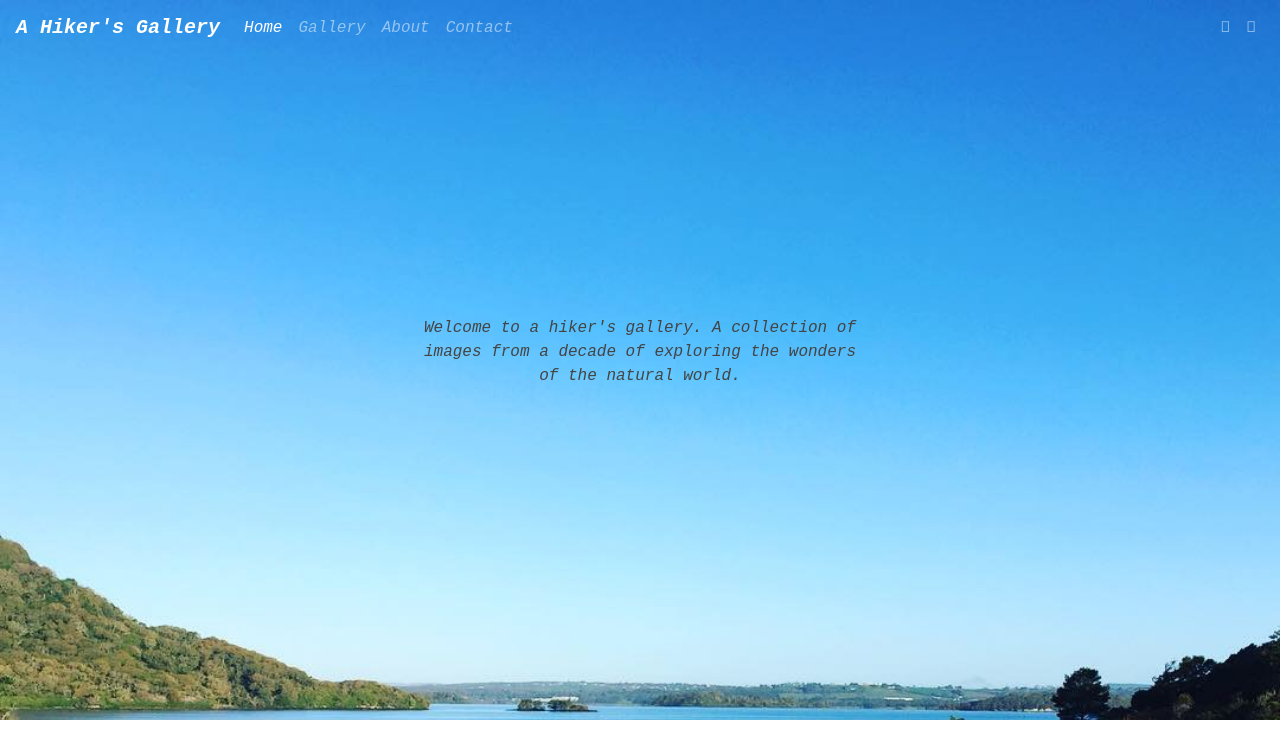
Repository: S-Perring/hiker
Page: index.html
The author's editor kept a record of every edit. The page is drawn from the files as they stood at one moment, then again after the next edit.
The browser window is 1280 px wide. The pictures show the whole page.

Above is the page before.

### index.html
<!DOCTYPE html>
<html lang="en">
<head>
    <meta charset="UTF-8">
    <meta name="viewport" content="width=device-width, initial-scale=1.0">
    <meta http-equiv="X-UA-Compatible" content="ie=edge">
    <link rel="stylesheet" href="https://stackpath.bootstrapcdn.com/bootstrap/4.3.1/css/bootstrap.min.css" type="text/css" />
    <link rel="stylesheet" href="https://stackpath.bootstrapcdn.com/font-awesome/4.7.0/css/font-awesome.min.css" type="text/css" />
    <link rel="stylesheet" href="css/style.css" type="text/css" />
    <title>Hiker's Gallery</title>
</head>

<body>

<header>
  <nav class="navbar fixed-top navbar-expand-lg navbar-dark scrolling-navbar">
    <a class="navbar-brand" href="#"><strong>A Hiker's Gallery</strong></a>
    <button class="navbar-toggler" type="button" data-toggle="collapse" data-target="#navbarSupportedContent"
      aria-controls="navbarSupportedContent" aria-expanded="false" aria-label="Toggle navigation">
      <span class="navbar-toggler-icon"></span>
    </button>
    <div class="collapse navbar-collapse" id="navbarSupportedContent">
      <ul class="navbar-nav mr-auto">
        <li class="nav-item active">
          <a class="nav-link" href="#">Home <span class="sr-only">(current)</span></a>
        </li>
        <li class="nav-item">
          <a class="nav-link" href="#">Gallery</a>
        </li>
        <li class="nav-item">
          <a class="nav-link" href="#">About</a>
        </li>
        <li class="nav-item">
          <a class="nav-link" href="#">Contact</a>
        </li>
      </ul>
      <ul class="navbar-nav nav-flex-icons">
        <li class="nav-item">
          <a class="nav-link"><i class="fab fa-facebook-f"></i></a>
        </li>
        <li class="nav-item">
          <a class="nav-link"><i class="fab fa-instagram"></i></a>
        </li>
      </ul>
    </div>
  </nav>

</header>

<section>
    <div class="main-pic">

        <div class="Greeting">
            <p>Welcome to a hiker's gallery. A collection of images from a decade of exploring the wonders of the natural world.</p>
        </div>
    </div>


</section>

<footer>

</footer>


</body>

</html>

### css/style.css
.nav-link {
    color: #f0ece1;
    font-weight: 200;
    font-style: italic;
}


.main-pic {
    background-image: url(../css/images/IMG_5437.JPG);
    background-size: cover;
    max-width: 100%;
    height: 100vh;
    padding: 0;
    display: flex;
    align-items: center;
    justify-content: center;
    position: relative;
    background-repeat: no-repeat;

}

.container {
    margin: 0;
    margin-right: 0;
    padding: 0;

}



.navbar-brand {
    font: 'Apple Chancery', sans-serif;
    font-size: x-large;
    font-style: italic;
    color: #f0ece1;
}

p {
    text-align: center;
    font-style: italic;

}

footer {
    position: relative;
    font-style: italic;
    background-color: rgba(255, 255, 128, .5);
}

p {
    padding: 30%;
    color: #444;
    font-weight: 500;
}

body {
    font-family: monospace;
}

After the next edit:
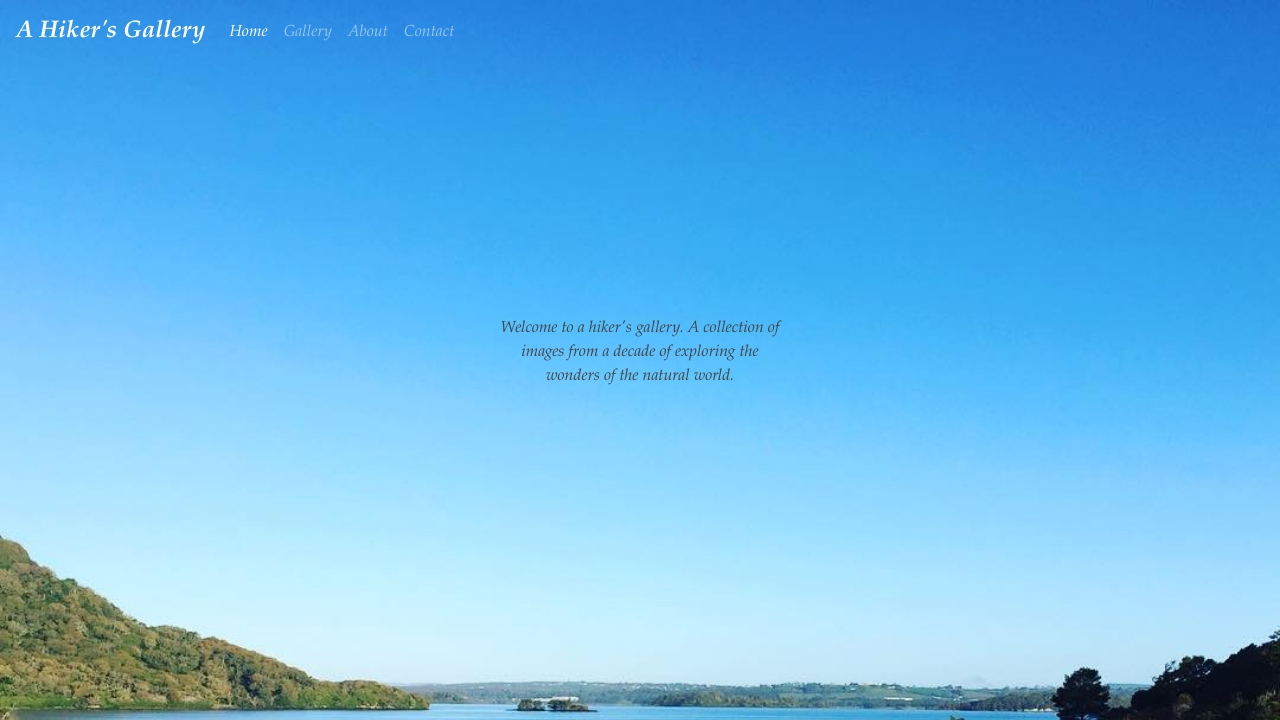
The edit:
--- a/css/style.css
+++ b/css/style.css
@@ -54,5 +54,5 @@
 }
 
 body {
-    font-family: monospace;
+    font-family: Garamond;
 }
